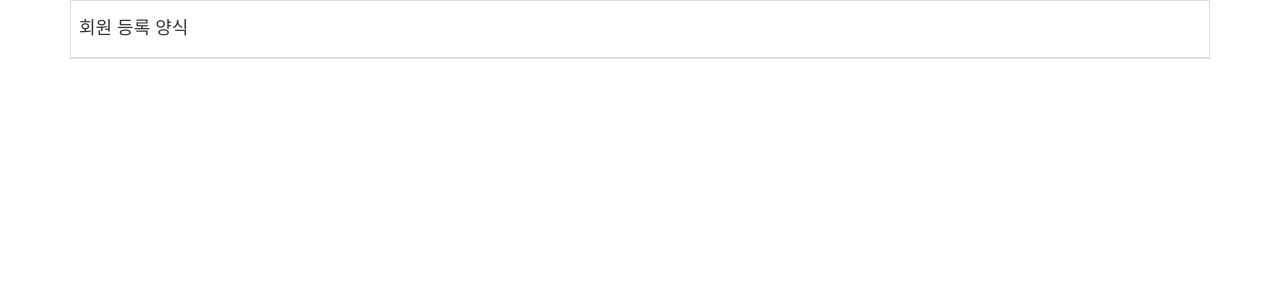
Repository: LJzero-dev/java-study
Page: http://localhost/test/
These files come from the project's save history. The page is drawn as it stood at one moment and after the next save; the edit follows.
The browser window is 1280 px wide. The pictures show the whole page.
The page is served by Tomcat 9.

Above is the page before, as saved 2023-06-07 11:07:21.

After the next save:
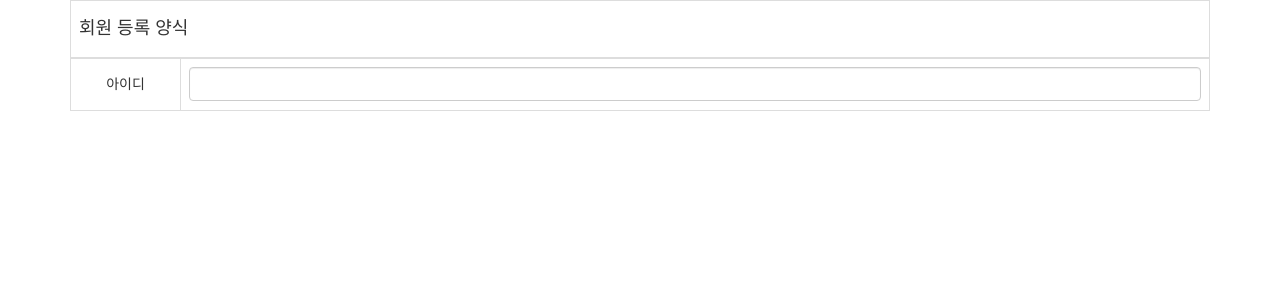
Saved 111 s later.
--- a/web/test/WebContent/index.jsp
+++ b/web/test/WebContent/index.jsp
@@ -19,6 +19,12 @@
 						<th colspan="3"><h4>회원 등록 양식</h4></th>
 					</tr>
 				</thead>
+				<tbody>
+					<tr>
+						<td style="width: 110px;"><h5>아이디</h5></td>
+						<td><input class="form-control" type="text" id="userID" name="userID" maxlength="20"></td>
+					</tr>
+				</tbody>
 			</table>
 		</form>
 	</div>
